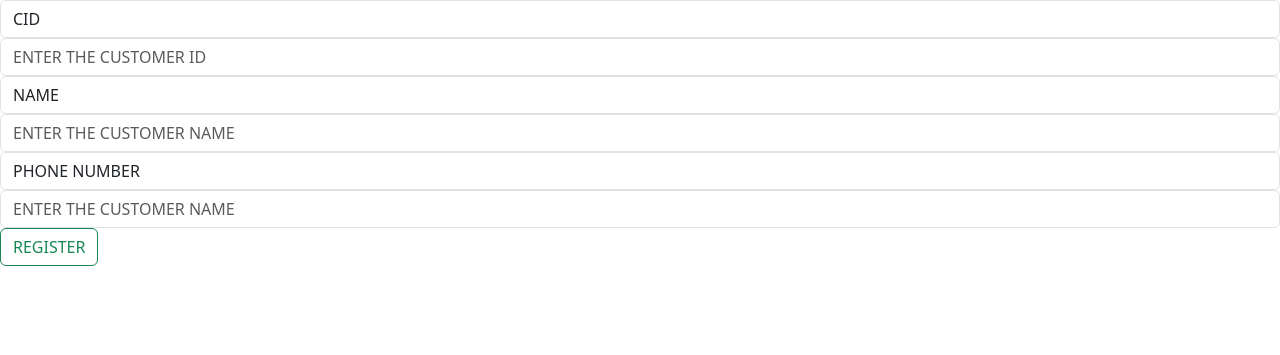
Repository: arindamslt/JEECoding
Page: ServletDemo/src/main/webapp/Customer.html
The author's editor kept a copy of each file at every save. The page is drawn from the files as they stood at one save, then again after the next save.
The browser window is 1280 px wide. The pictures show the whole page.

Above is the page before, as saved 2025-07-17 13:52:52.

After the next save:
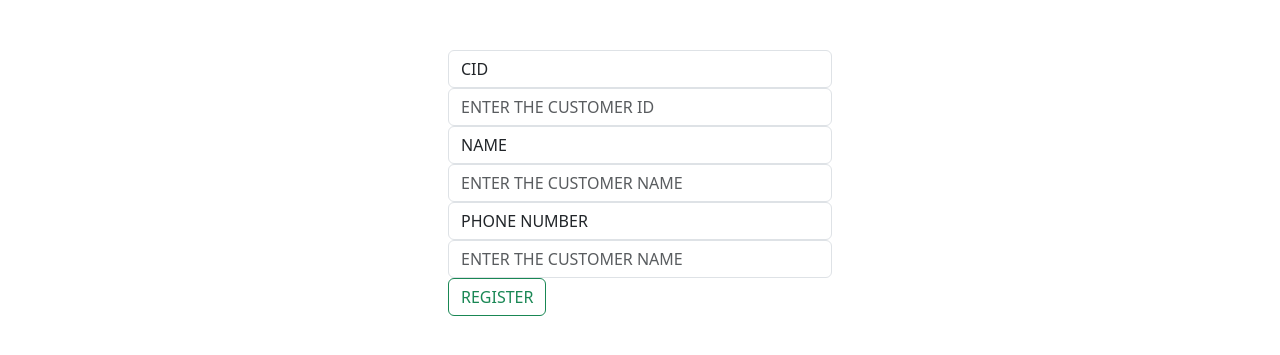
Saved 59 s later.
--- a/ServletDemo/src/main/webapp/Customer.html
+++ b/ServletDemo/src/main/webapp/Customer.html
@@ -6,7 +6,7 @@
 <link href="https://cdn.jsdelivr.net/npm/bootstrap@5.3.3/dist/css/bootstrap.min.css" rel="stylesheet" integrity="sha384-QWTKZyjpPEjISv5WaRU9OFeRpok6YctnYmDr5pNlyT2bRjXh0JMhjY6hW+ALEwIH" crossorigin="anonymous">
 </head>
 <body>
-	<div>
+	<div style="width: 30%;margin:50px auto">
 <form action="" method="post">
 <label class="form-control">CID</label>
 <input type="text" class="form-control" name="cid" placeholder="ENTER THE CUSTOMER ID"/>
